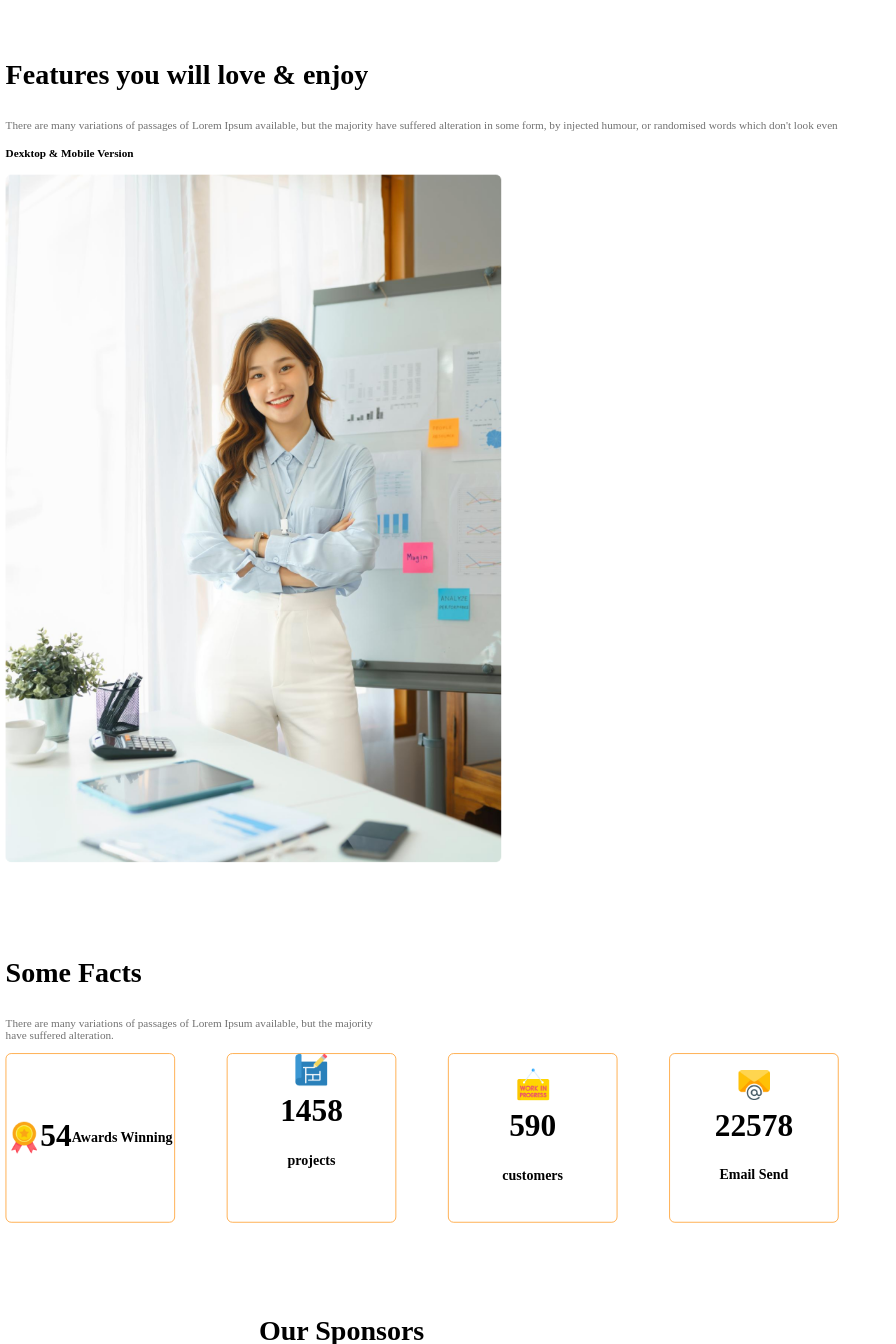
Repository: tanimtanzilislam/g3-architect-website
Page: index.html
These files come from the project's save history. The page is drawn as it stood at one moment and after a run of saves; the edit follows.
The browser window is 1280 px wide. The pictures show the part of the page from y = 2731 to 4651 px (the page is 4905 px tall before and 4939 px after), at 70% of full size.

Above is the page before, as saved 2026-02-06 22:24:40.

After the next 2 saves:
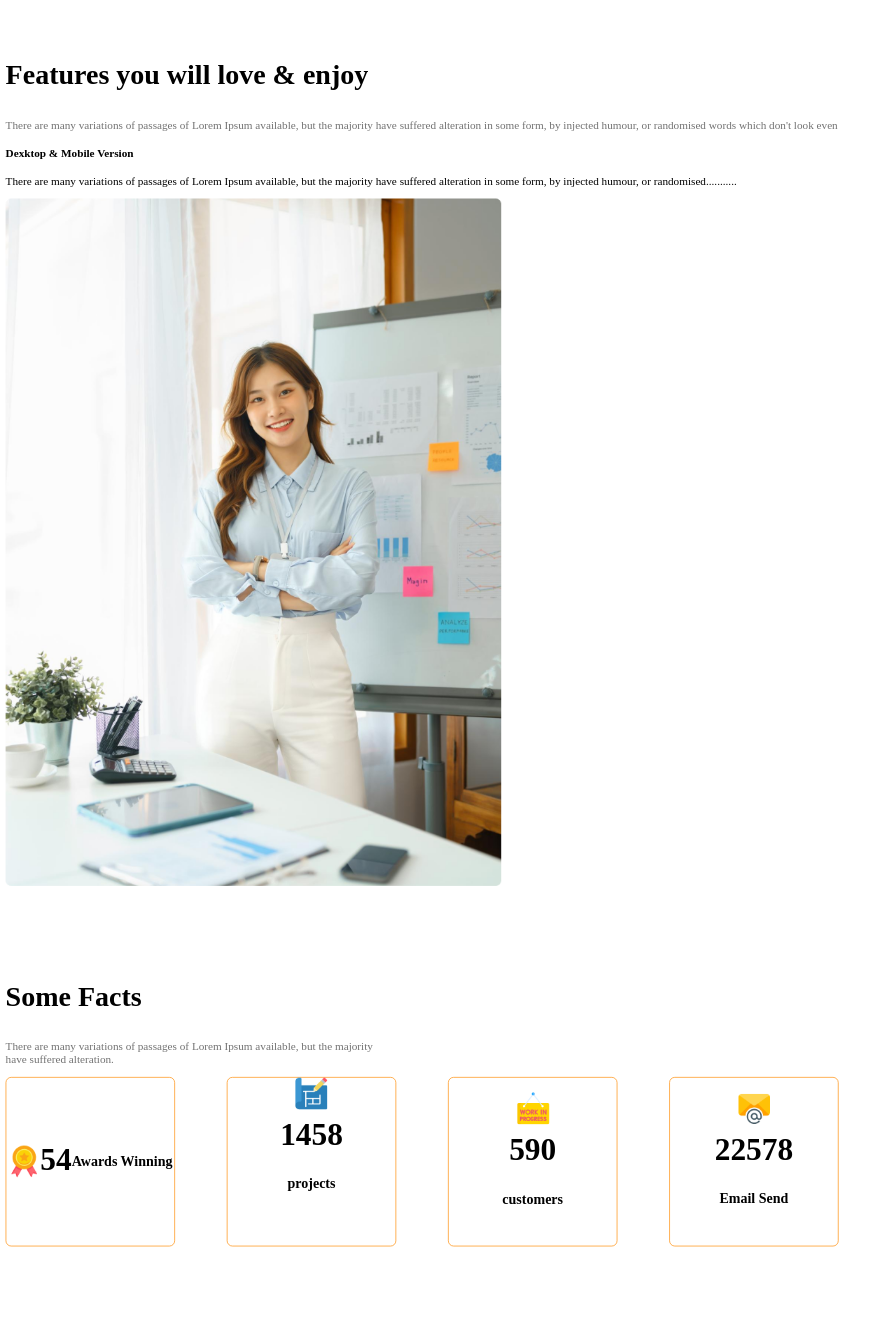
The 2 saves are shown as one change because they came seconds apart.
The last was saved 14 s later.
--- a/index.html
+++ b/index.html
@@ -67,7 +67,7 @@
            <!-- feature card container -->
             <div class="feature-card">
                 <h4 class="feature-title">Dexktop & Mobile Version</h4>
-
+                <p> There are many variations of passages of Lorem Ipsum available, but the majority have suffered alteration in some form, by injected humour, or randomised...........</p>
             </div>
             </div>
             <div>
